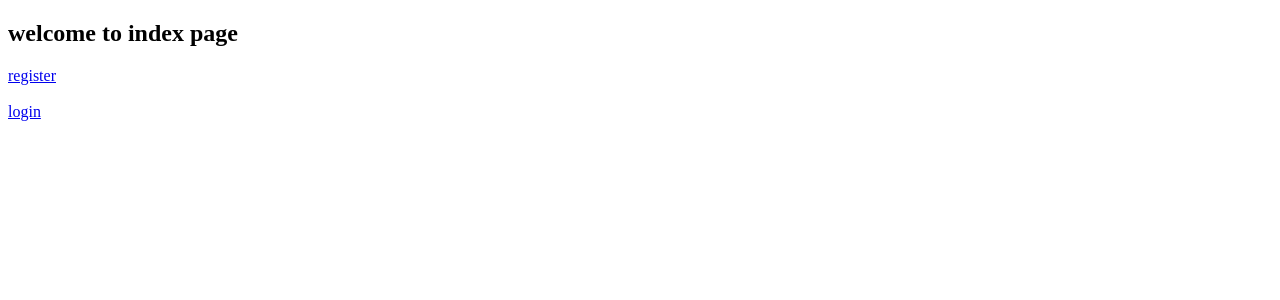
Repository: zeeshan495/Banking_project
Page: http://localhost/Banking/
The author's editor kept a copy of each file at every save. The page is drawn from the files as they stood at one save, then again after the next save.
The browser window is 1280 px wide. The pictures show the whole page.
The page is served by Tomcat 9. Other server files are loaded and not shown.

Above is the page before, as saved 2018-11-09 06:01:29.

### Banking/WebContent/index.jsp
<!DOCTYPE html PUBLIC "-//W3C//DTD HTML 4.01 Transitional//EN" "http://www.w3.org/TR/html4/loose.dtd">
<html>
<head>
<meta http-equiv="Content-Type" content="text/html; charset=ISO-8859-1">
<title>Index page</title>
</head>
<body>
<h2>welcome to index page</h2>
<a href="registerUrl">register</a>
<br><br>
<a href="loginUrl">login</a>
</body>
</html>

After the next save:
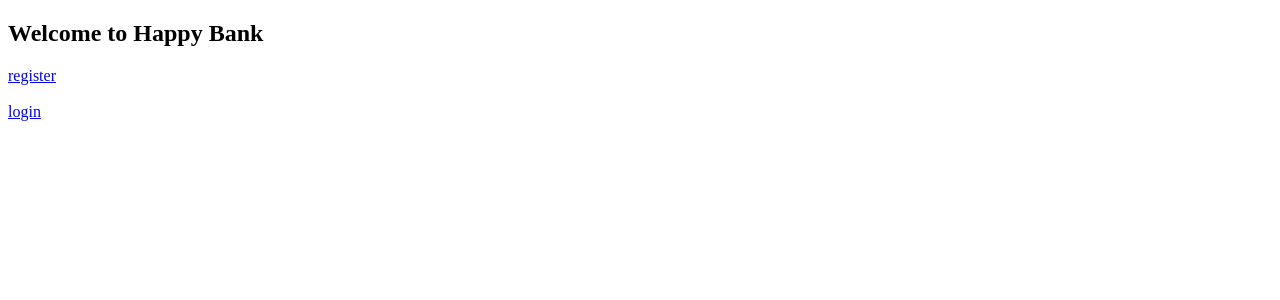
Saved 4 min 47 s later.
--- a/Banking/WebContent/index.jsp
+++ b/Banking/WebContent/index.jsp
@@ -5,7 +5,7 @@
 <title>Index page</title>
 </head>
 <body>
-<h2>welcome to index page</h2>
+<h2>Welcome to Happy Bank</h2>
 <a href="registerUrl">register</a>
 <br><br>
 <a href="loginUrl">login</a>
